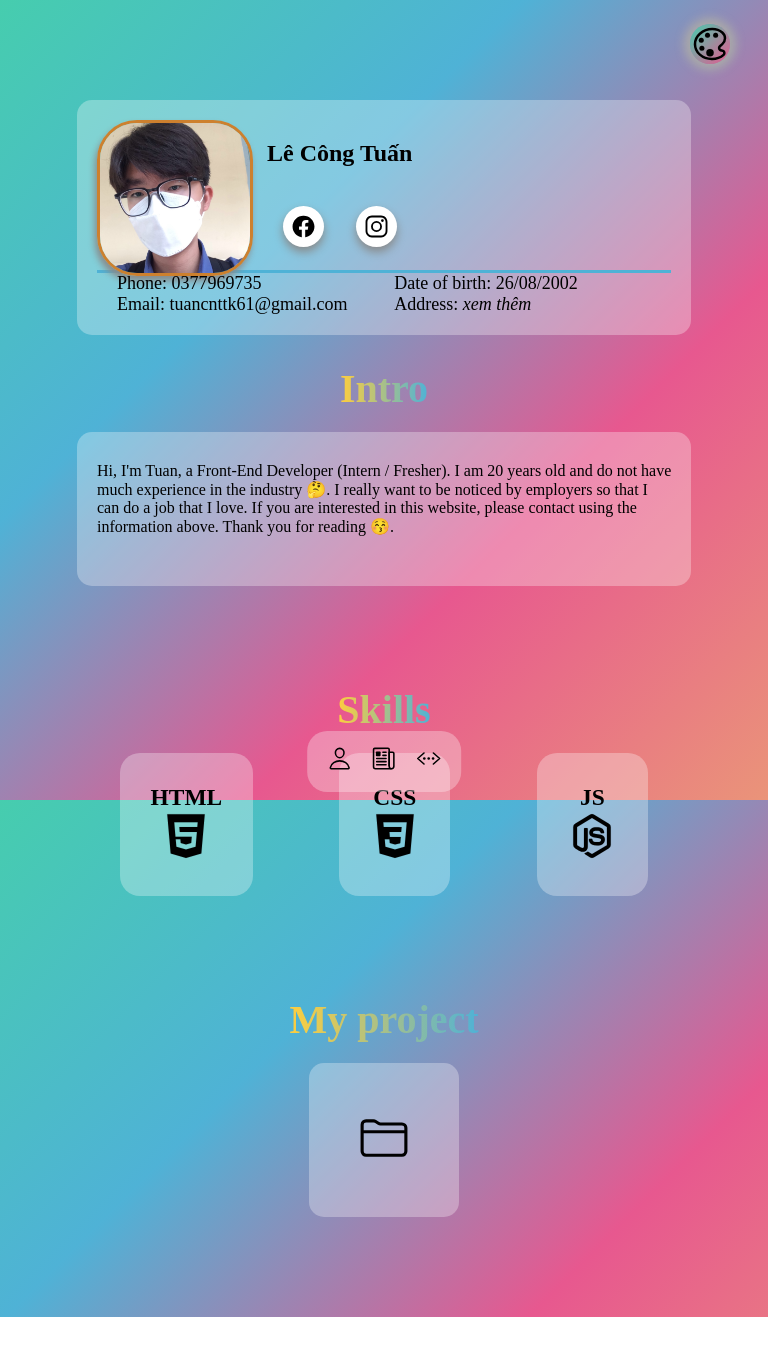
Repository: LeCongTuan2608/Profile
Page: index.html
The author's editor kept a copy of each file at every save. The page is drawn from the files as they stood at one save, then again after the next save.
The browser window is 768 px wide. The pictures show the whole page.
Backgrounds fixed to the window are drawn as part of the page. The style sheet was rebuilt from its Sass, Less or Tailwind sources for each picture, by a compiler version that may differ from the author's.

Above is the page before, as saved 2022-05-05 12:25:11.

After the next save:
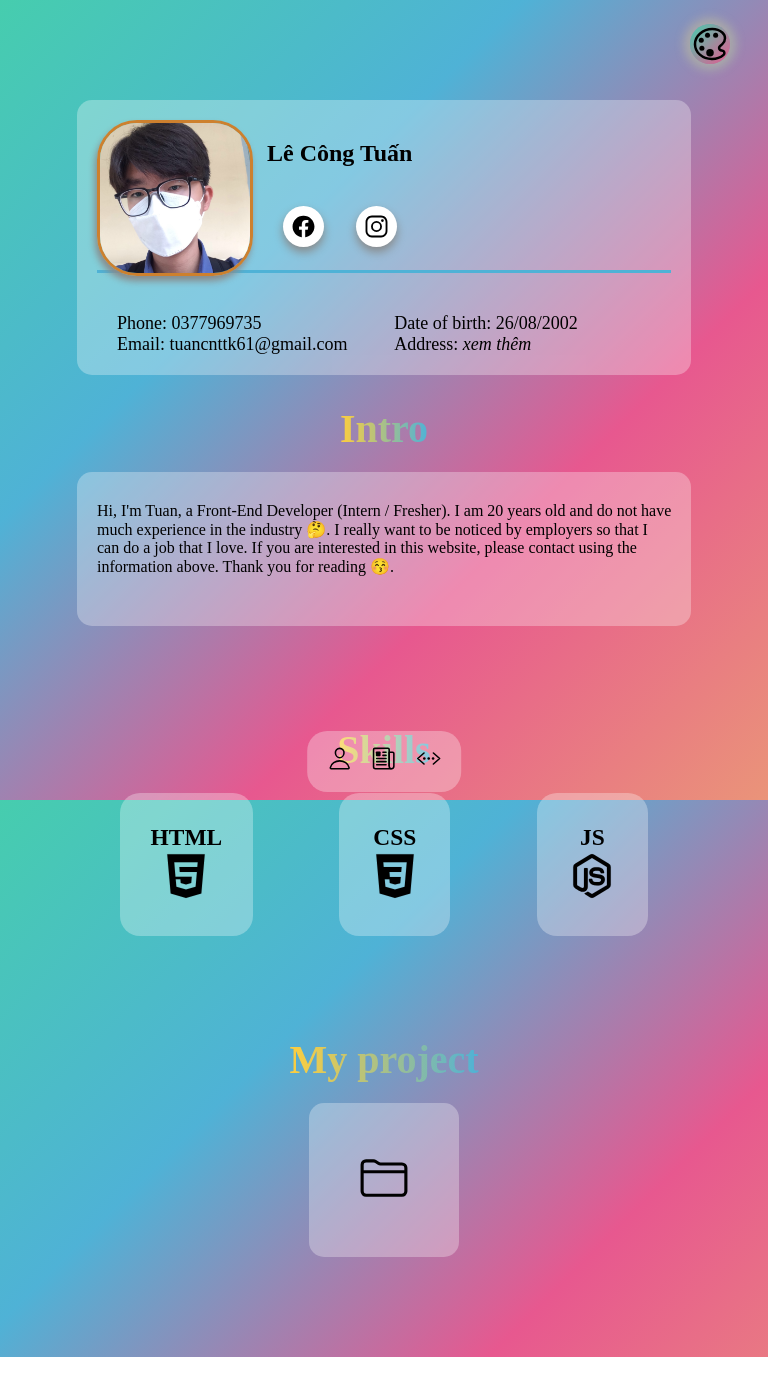
Saved 16 s later.
--- a/sass/style.scss
+++ b/sass/style.scss
@@ -418,5 +418,6 @@ background-color: #a5e296;
         border-bottom: 3px solid;
         border-color: #4fb2d6;
         padding-right: 20px;
-    }
-}
+        margin-bottom: 40px;
+    }
+}
